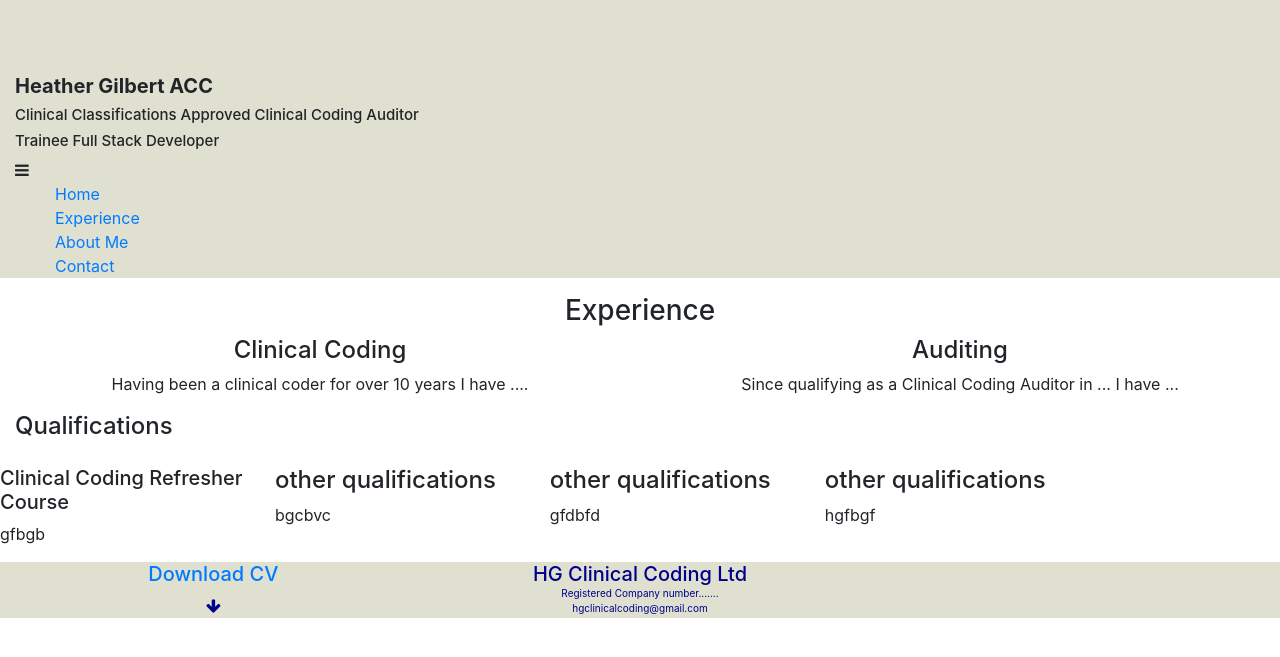
Repository: Code-Institute-Submissions/fsd-ms-project1-resume
Page: resume.html
The author's editor kept a record of every edit. The page is drawn from the files as they stood at one moment, then again after the next edit.
The browser window is 1280 px wide. The pictures show the whole page.

Above is the page before.

After the next edit:
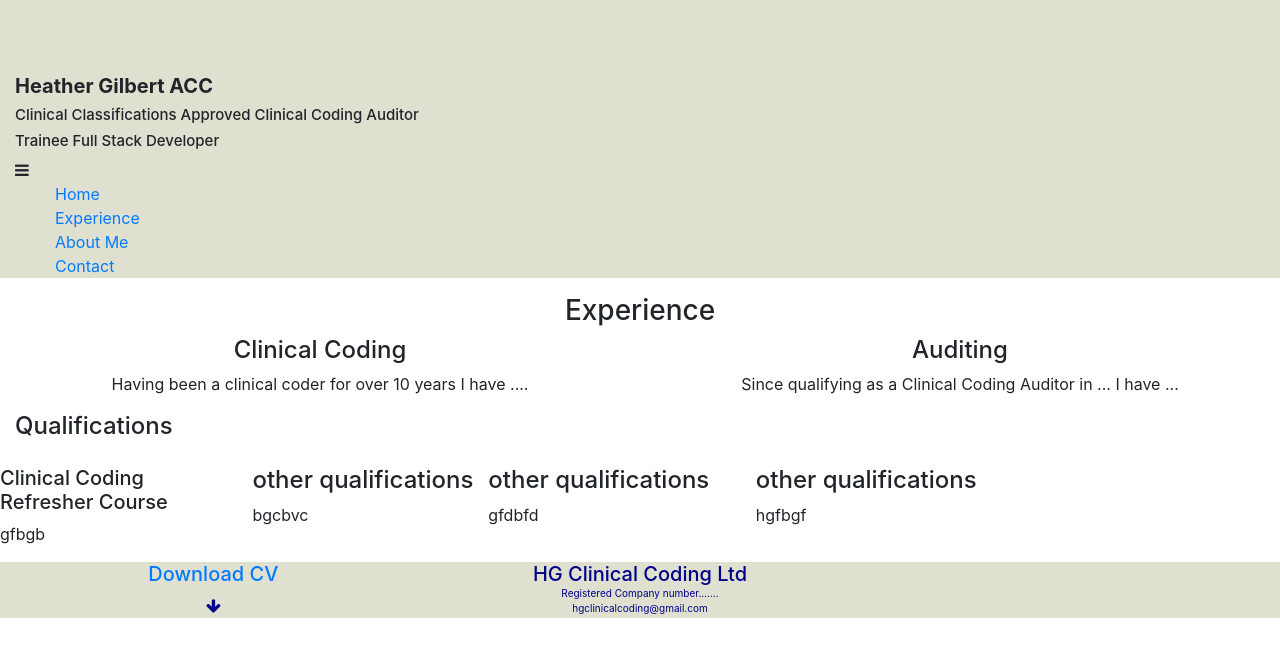
The edit:
--- a/resume.html
+++ b/resume.html
@@ -64,7 +64,7 @@
                     <h5>Clinical Coding Refresher Course</h5>
                     <p>gfbgb</p>
                 </div>
-                <div class="timeline col-sm-3" data-dates="2018">
+                <div class="timeline" data-dates="2018">
                     <h4> other qualifications</h4>
                     <p>bgcbvc</p>
                 </div>
